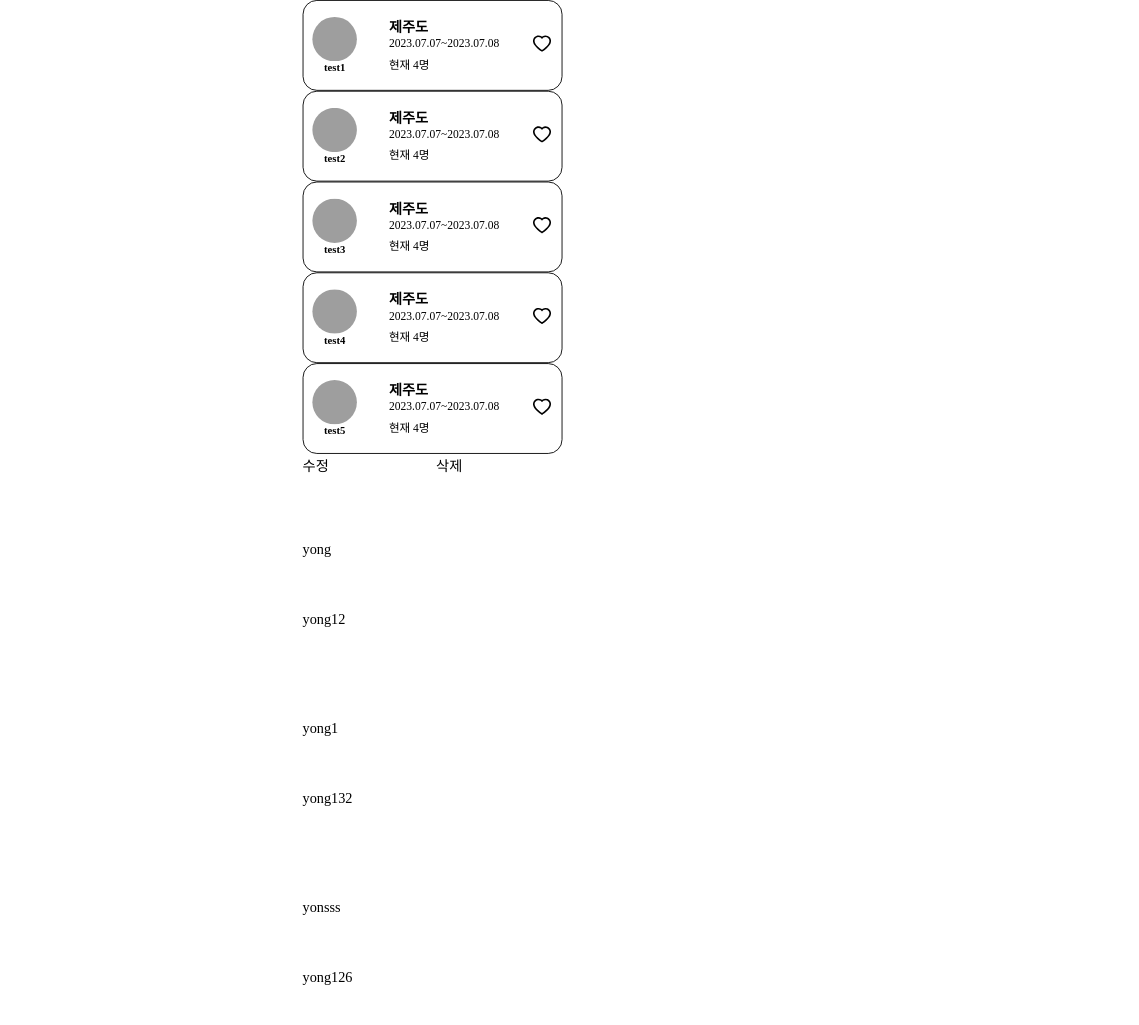
Repository: the-graces/matrip-web
Page: /tripSchedule (app in matrip/)
These files come from the project's save history. The page is drawn as it stood at one moment and after the next save; the edit follows.
The browser window is 1280 px wide. The pictures show the whole page, at 89% of full size.
Pictures or frames that could not be fetched are drawn as grey boxes. The project was rebuilt for these pictures with package versions that can differ from the ones it lists, and the page was loaded fresh each time. Also part of the build but not shown: matrip/src/pages/Main/mainStyle.tsx, matrip/src/pages/Main/Post.tsx, matrip/src/pages/Main/index.tsx, matrip/src/pages/FriendSearch/friendSearchStyle.tsx, matrip/src/pages/FriendSearch/index.tsx, matrip/src/pages/ItineraryInfo/index.scss, matrip/src/pages/ItineraryInfo/itineraryInfoStyle.tsx, matrip/src/pages/ItineraryInfo/index.tsx and 3 more.

Above is the page before, as saved 2023-07-09 12:39:39.

After the next save:
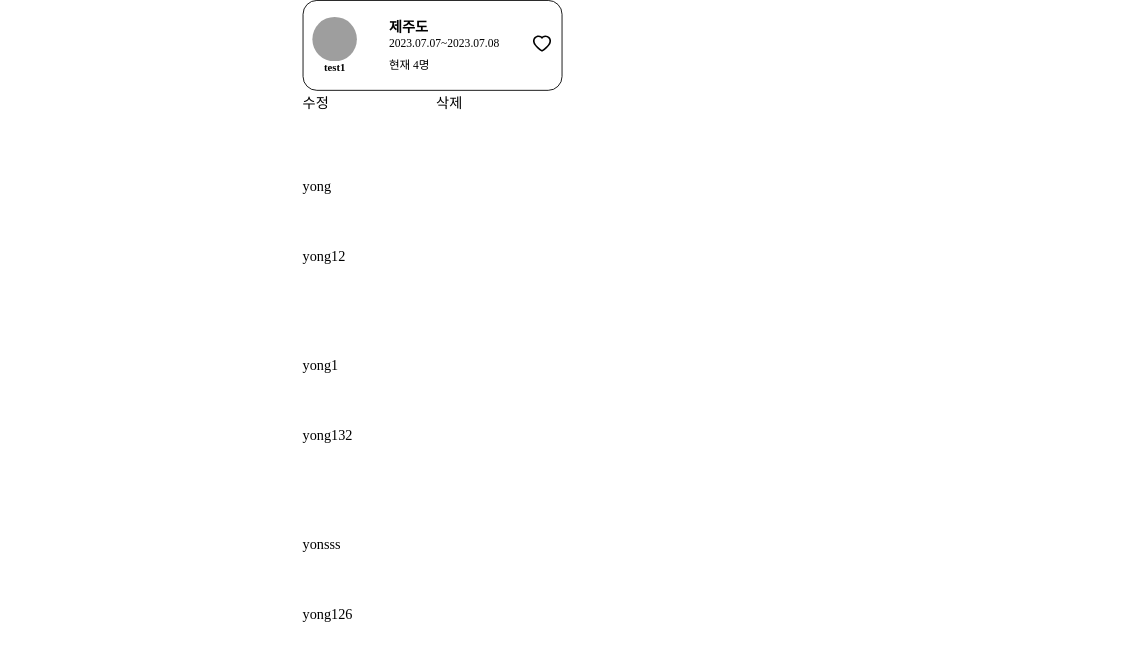
Saved 2 min 38 s later.
--- a/matrip/src/pages/TripSchedule/index.tsx
+++ b/matrip/src/pages/TripSchedule/index.tsx
@@ -10,31 +10,30 @@ import { AiOutlineHeart } from "react-icons/ai";
 
 const TripSchedule: React.FC = () => {
   const post = postdata[0];
+
   return (
     <gs.MainContainer>
       <iss.MainContainer>
-        {postdata.map((post) => (
-          <iss.postBox key={post.id}>
-            <iss.profileBox to={"/userProfile"}>
-              <iss.profileImgBox>
-                <iss.profileImg src={post.imgurl} alt="유저 프로필" />
-              </iss.profileImgBox>
-              <iss.Nickname>{post.nick}</iss.Nickname>
-            </iss.profileBox>
-            <iss.postContent to={"/itineraryInfo"}>
-              <iss.postTitle>{post.destination}</iss.postTitle>
-              <iss.postPeriod>
-                {post.startDate}~{post.endData}
-              </iss.postPeriod>
-              <iss.postPeriod>현재 {post.personnel}명</iss.postPeriod>
-            </iss.postContent>
-            <div>
-              <iss.LikeBtn>
-                <AiOutlineHeart size="24" />
-              </iss.LikeBtn>
-            </div>
-          </iss.postBox>
-        ))}
+        <iss.postBox key={post.id}>
+          <iss.profileBox to={"/userProfile"}>
+            <iss.profileImgBox>
+              <iss.profileImg src={post.imgurl} alt="유저 프로필" />
+            </iss.profileImgBox>
+            <iss.Nickname>{post.nick}</iss.Nickname>
+          </iss.profileBox>
+          <iss.postContent to={"/itineraryInfo"}>
+            <iss.postTitle>{post.destination}</iss.postTitle>
+            <iss.postPeriod>
+              {post.startDate}~{post.endData}
+            </iss.postPeriod>
+            <iss.postPeriod>현재 {post.personnel}명</iss.postPeriod>
+          </iss.postContent>
+          <div>
+            <iss.LikeBtn>
+              <AiOutlineHeart size="24" />
+            </iss.LikeBtn>
+          </div>
+        </iss.postBox>
 
         <iss.TripSchedulePostButton>
           <iss.TripSchedulePostButtonR>수정</iss.TripSchedulePostButtonR>
